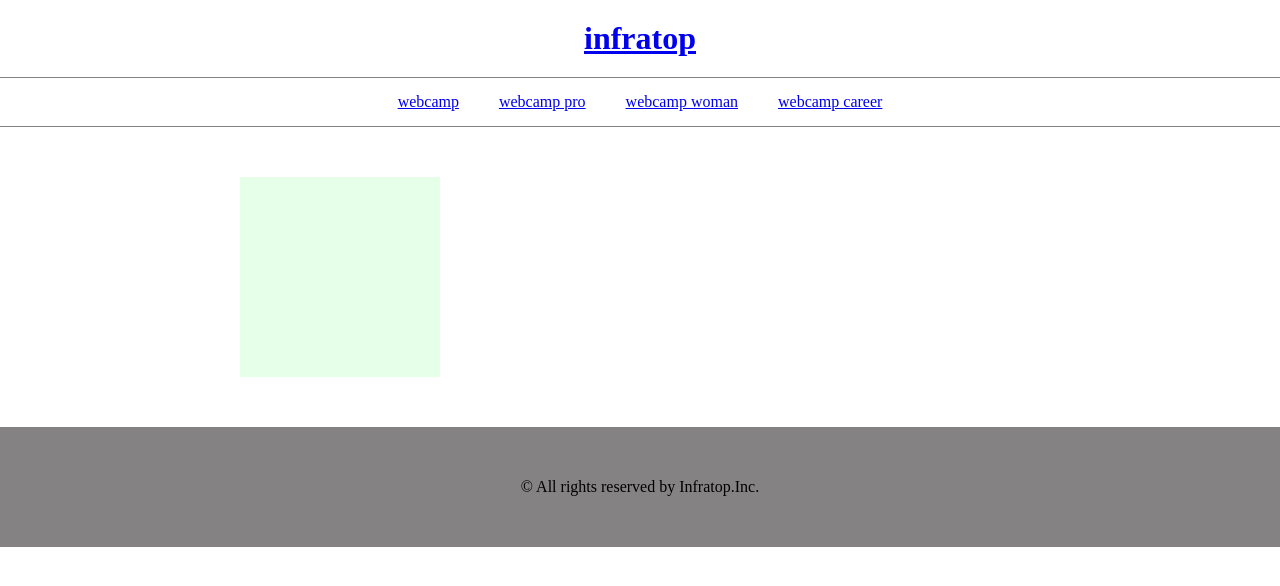
Repository: Yuya0829/HTML
Page: exercise/exercise5.html
The author's editor kept a record of every edit. The page is drawn from the files as they stood at one moment, then again after the next edit.
The browser window is 1280 px wide. The pictures show the whole page.

Above is the page before.

### exercise/exercise5.html
<!DOCTYPE html>
<html lang="ja">
  <head>
    <meta charset="UTF-8" />
    <link rel="stylesheet" href="exercise5.css" />
    <title>EXERCISE5</title>
  </head>

  <body>
    <header>
      <h1 class="heading">
        <a href="exercise5.html">
          infratop
        </a>
      </h1>
    </header>

    <nav>
      <ul class="nav-list">
        <li class="nav-list-item">
          <a href="https://web-camp.io">webcamp</a>
        <li class="nav-list-item">
          <a href="https://web-camp.io">webcamp pro</a>
        <li class="nav-list-item">
          <a href="https://web-camp.io">webcamp woman</a>
        <li class="nav-list-item">
          <a href="https://web-camp.io">webcamp career</a>
        </li>
      </ul>
    </nav>

    <div class="main">
      <div class="box1"></div>
      <div class="box2"></div>
      <div class="box3"></div>
      <div class="box4"></div>
      <div class="box5"></div>
      <div class="box6"></div>
      <div class="box7"></div>
      <div class="box8"></div>
      <div class="box9"></div>
      <div class="box10"></div>
      <div class="box11"></div>
      <div class="box12"></div>
    </div>

    <footer>
      <p class="footer-text">© All rights reserved by Infratop.Inc.</p>
    </footer>
  </body>
</html>

### exercise/exercise5.css
* {
  margin: 0;
  padding: 0;
  box-sizing: border-box;
}

header {
  width: 100%;
  padding: 20px 0;
  margin: 0 auto;
  text-align: center;
}

.nav-list {
  text-align: center;
  padding: 15px 0;
  margin: 0 auto;
  border-bottom: 1px solid #848282;
  border-top: 1px solid #848282;
}

.nav-list-item {
  list-style: none;
  display: inline-block;
  margin: 0 20px;
}

.main {
  width: 800px;
  margin: 50px auto;
  display: flex;
  flex-wrap: wrap;
}

.box1 {
  width: 200px;
  height: 200px;
  background-color: #e6ffe9;
}

footer {
  width: 100%;
  height: 120px;
  text-align: center;
  line-height: 120px;
  background-color: #848282;
}

After the next edit:
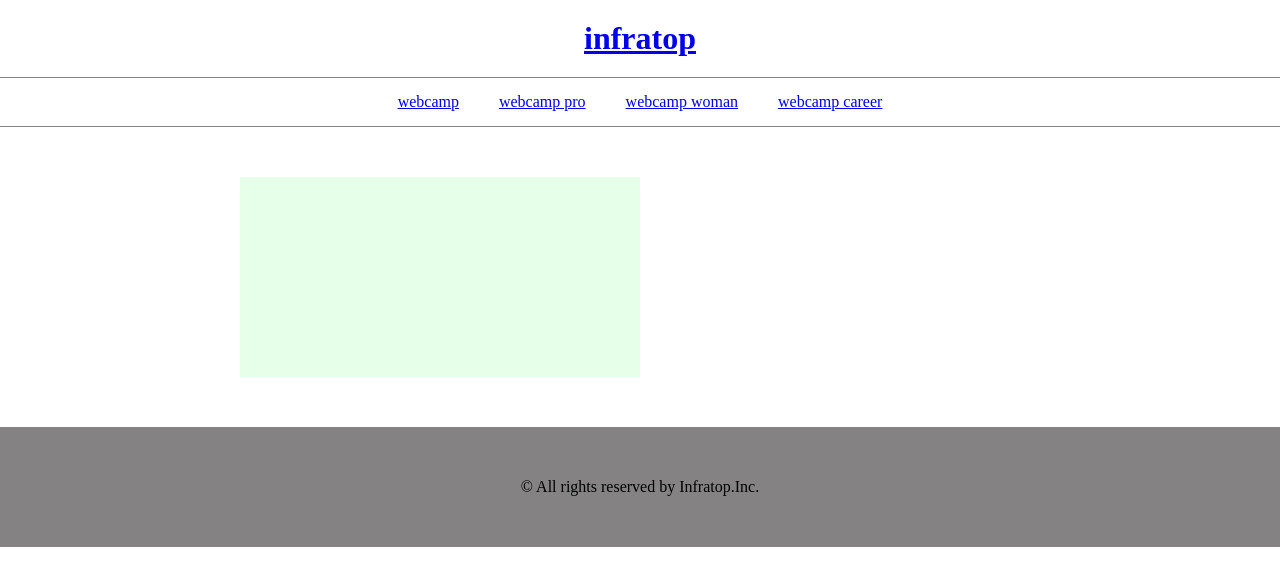
The edit:
--- a/exercise/exercise5.css
+++ b/exercise/exercise5.css
@@ -38,6 +38,12 @@
   background-color: #e6ffe9;
 }
 
+.box2 {
+  width: 200px;
+  height: 200px;
+  background-color: #e6ffe9;
+}
+
 footer {
   width: 100%;
   height: 120px;

After the edit that followed:
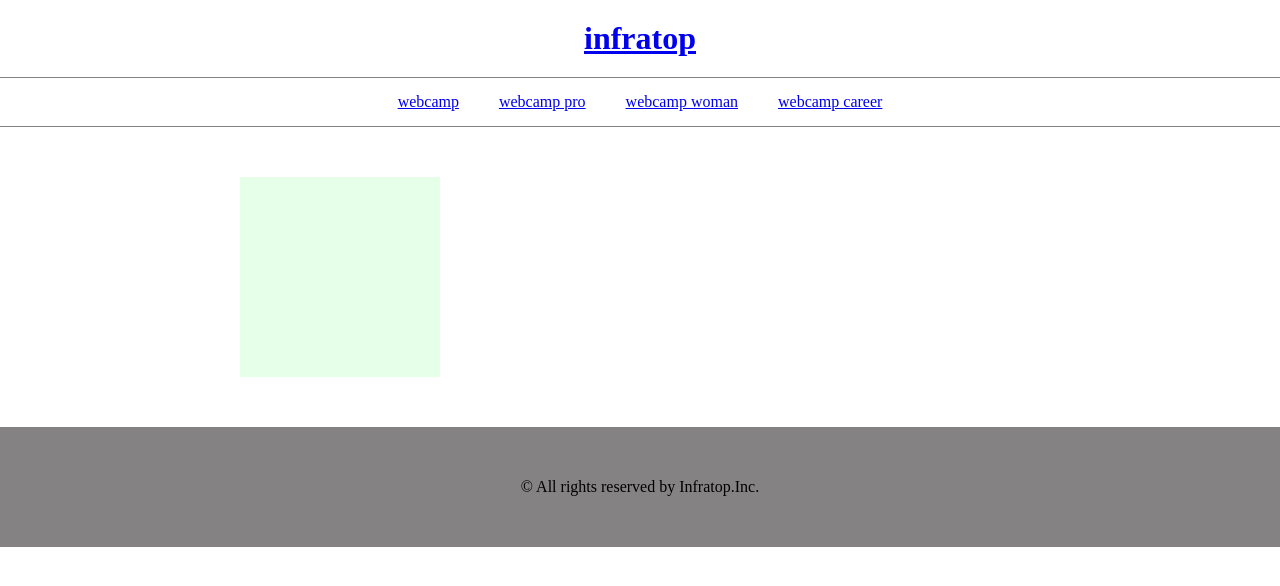
The edit:
--- a/exercise/exercise5.css
+++ b/exercise/exercise5.css
@@ -41,7 +41,7 @@
 .box2 {
   width: 200px;
   height: 200px;
-  background-color: #e6ffe9;
+  background-color: #;
 }
 
 footer {
